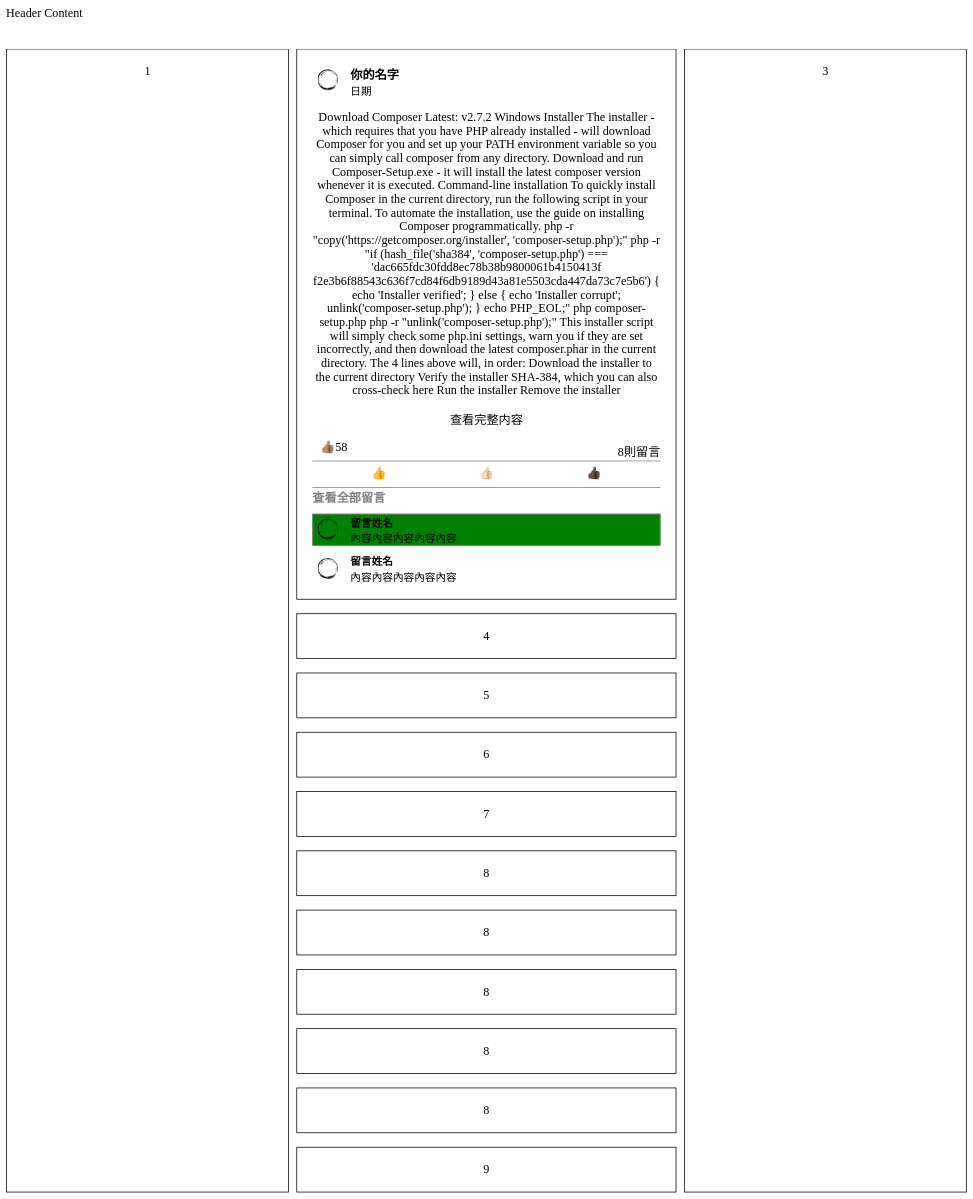
Repository: yuchiyang123/index_view
Page: http://localhost/
An editor plug-in stored every save of this project. The page is shown before and after the next save, followed by the edit.
The browser window is 1280 px wide. The pictures show the whole page, at 76% of full size.
The page is run by PHP 8.4 with error messages shown; the project is at /var/www/html/.

Above is the page before, as saved 2024-03-27 09:48:13.

### index.php
<style>
   .header {
    position: sticky;
    top: 0;
    z-index: 9996;
    grid-area: header;
    background-color: #ffffff;
    width: 100%;
    height: 56px;

}


.grid-container {

  display: grid;
  grid-template-columns: auto 500px auto;
  grid-template-rows:auto;
  grid-gap: 10px;
  display: grid;
  grid-template-areas:
    "A B C";

}

.grid-item {
  border: 1px solid #000;
  padding: 20px;
  text-align: center;

}
.first{
    grid-area: A;
    min-height: 800px;
}
.end{
    grid-area: C;
}
.mid{
    grid-area: B;
}
.limt{
    min-height: 350px;
}
.inner-grid {
    display: inline-grid;
    width: 30%;
    transition: background-color 0.3s;
    padding-top: 5px;
    padding-bottom: 10px;
    text-align: center;
}
.inner-grid:hover {
    background-color: rgba(128, 128, 128, 0.4);
}
.line{
    border-top: 1px solid gray;
    border-bottom: 1px solid gray;
}
.respond{

    padding-bottom: 8px;
    text-align: left;
    padding-left:10px;
}
.respond > div {
    display: inline-block;
}
.message{
    text-align: right;
}
.respond, .message {
    display: inline-block;
}
.container {
    display: flex;
    justify-content: space-between;
    align-items: center;
}

.popup {
    display: none;
    position: fixed;
    top: 50%;
    left: 50%;
    transform: translate(-50%, -50%);
    width: 500px;
    padding: 20px;
    background-color: #fff;
    z-index: 9998;

}

.trigger a {
    cursor: pointer;
}

.blur-background {
    filter: blur(0px);
}
.box{

}
.imgsize{
    width: 40px;
    height: auto;

}

.image-container {
    float: left;
    margin-right: 10px;
}

.text-container {
    overflow: hidden;
}
.user{

    text-align: left;
    font-weight: bold;

}
.date{
    font-size: 14px;
    text-align: left;
}
a{
    text-decoration: none;
    color: black;
}
.overlay {
    display: none;
    position: fixed;
    top: 0;
    left: 0;
    width: 100%;
    height: 100%;
    background-color: rgba(0, 0, 0, 0.5);
    z-index: 9997;
  }
  .SeeAllMessage{
    text-align: left;
  }
  .SeeAllMessage a{
    text-align: left;
    color: gray;
    font-weight: bold;
  }
  .LeaveMessage{
    margin-top: 10px;

  }
  .LeaveMessageall{
    border : 1px solid gray;
    background-color: green;
  }
  .LeaveMessageUsernameIMG{
    width: 40px;
    height: auto;
  }
  .LeaveMessageimgdiv{
    float: left;
    margin-right: 10px;
  }
  .LeaveMessageUsername{
    text-align: left;
    font-size: 14px;
    font-weight: bold;
  }
  .LeaveMessageMain{
    text-align: left;
    font-size: 14px;
  }
</style>
<html>
<body>
<?php
    include('header.php');
?>
  <div id="box" class="box">
    <div class="grid-container">

      <div class="grid-item"><div class="first">1</div></div>

        <div class="mid">
          <div class="grid-item">
            <div class="limt">
            <div class="image-container">
                <img src="img/2-1.png" class="imgsize">
                        </div>
                <div class="text-container">
                    <div class="user"><a href="#"><div><a href="#">你的名字</a></div></a></div>
                    <div class="date"><div><a href="#">日期</a></div></div>
                </div>
                <div class="clearfix"></div>
                <p class="main">
                Download Composer Latest: v2.7.2
                    Windows Installer
                    The installer - which requires that you have PHP already installed - will download Composer for you and set up your PATH environment variable so you can simply call composer from any directory.

                    Download and run Composer-Setup.exe - it will install the latest composer version whenever it is executed.

                    Command-line installation
                    To quickly install Composer in the current directory, run the following script in your terminal. To automate the installation, use the guide on installing Composer programmatically.

                    php -r "copy('https://getcomposer.org/installer', 'composer-setup.php');"
                    php -r "if (hash_file('sha384', 'composer-setup.php') === 'dac665fdc30fdd8ec78b38b9800061b4150413f
                    f2e3b6f88543c636f7cd84f6db9189d43a81e5503cda447da73c7e5b6') { echo 'Installer verified'; } else { echo 'Installer corrupt'; unlink('composer-setup.php'); } echo PHP_EOL;"
                    php composer-setup.php
                    php -r "unlink('composer-setup.php');"
                    This installer script will simply check some php.ini settings, warn you if they are set incorrectly, and then download the latest composer.phar in the current directory. The 4 lines above will, in order:

                    Download the installer to the current directory
                    Verify the installer SHA-384, which you can also cross-check here
                    Run the installer
                    Remove the installer<div class="trigger"><a href="#">查看完整内容</a></div>
                </p>
                <div class="container">
                    <div class="respond"><a href="#">👍🏽</a><div><a href="#">58</a></div></div>
                    <div class="message"><div><a href="#">8則留言</a></div></div>
                </div>
                <div class="line">
                    <div class="inner-grid">👍</div>
                    <div class="inner-grid">👍🏻</div>
                    <div class="inner-grid">👍🏿</div>
                </div>
                <div class="SeeAllMessage"><a href="#">查看全部留言</a></div>
                <div class="LeaveMessage">
                    <div><a href="#"></a></div>
                    <div>
                        <div class="LeaveMessageimgdiv"><img src="img/2-1.png" class="LeaveMessageUsernameIMG">
                    </div>
                    <div class="LeaveMessageall">
                        <div class="LeaveMessageUsername">
                            留言姓名
                        </div>
                        <div class="LeaveMessageMain">
                            內容內容內容內容內容
                        </div>
                    </div>
                </div>
                </div>
                <div class="LeaveMessage">
                    <div><a href="#"></a></div>
                    <div><div class="LeaveMessageimgdiv"><img src="img/2-1.png" class="LeaveMessageUsernameIMG"></div><div class="LeaveMessageUsername">留言姓名</div><div class="LeaveMessageMain">內容內容內容內容內容</div></div>
                </div>
            </div>
        </div><br>
          <div class="grid-item">4</div><br>
          <div class="grid-item">5</div><br>
          <div class="grid-item">6</div><br>
          <div class="grid-item">7</div><br>
          <div class="grid-item">8</div><br>
          <div class="grid-item">8</div><br>
          <div class="grid-item">8</div><br>
          <div class="grid-item">8</div><br>
          <div class="grid-item">8</div><br>
          <div class="grid-item">9</div>
          <div class="overlay" id="overlay"></div>
          <div id="popup" class="popup">
        <div class="content">
        <div class="image-container">
            <img src="img/2-1.png" class="imgsize">
        </div>
        <div class="text-container">
            <div class="user"><a href="#"><div><a href="#">你的名字</a></div></a></div>
            <div class="date"><div><a href="#">日期</a></div></div>
        </div>
        <div class="clearfix"></div>
            <p class="main">
                Download Composer Latest: v2.7.2
                    Windows Installer
                    The installer - which requires that you have PHP already installed - will download Composer for you and set up your PATH environment variable so you can simply call composer from any directory.

                    Download and run Composer-Setup.exe - it will install the latest composer version whenever it is executed.

                    Command-line installation
                    To quickly install Composer in the current directory, run the following script in your terminal. To automate the installation, use the guide on installing Composer programmatically.

                    php -r "copy('https://getcomposer.org/installer', 'composer-setup.php');"
                    php -r "if (hash_file('sha384', 'composer-setup.php') === 'dac665fdc30fdd8ec78b38b9800061b4150413f
                    f2e3b6f88543c636f7cd84f6db9189d43a81e5503cda447da73c7e5b6') { echo 'Installer verified'; } else { echo 'Installer corrupt'; unlink('composer-setup.php'); } echo PHP_EOL;"
                    php composer-setup.php
                    php -r "unlink('composer-setup.php');"
                    This installer script will simply check some php.ini settings, warn you if they are set incorrectly, and then download the latest composer.phar in the current directory. The 4 lines above will, in order:

                    Download the installer to the current directory
                    Verify the installer SHA-384, which you can also cross-check here
                    Run the installer
                    Remove the installer
            </p>
        <div class="container">
            <div class="respond"><a href="#">👍🏽</a><div><a href="#">58</a></div></div>
            <div class="message"><div><a href="#">8則留言</a></div></div>
        </div>
            <div class="line">
            <div class="inner-grid">👍</div>
            <div class="inner-grid">👍🏻</div>
            <div class="inner-grid">👍🏿</div>
        </div>
        </div>
            <!--div class="close"><a href="#">关闭</a></div-->
        </div>
        </div>

            <div class="grid-item"><div class="end">3</div></div>
        </div>
    </div>
  </div>
  <script>
    var overlay = document.getElementById('overlay');
    var trigger = document.querySelector('.trigger a');
    var popup = document.getElementById('popup');
    var header = document.querySelector('.header');
    trigger.addEventListener('click', function(event) {
        event.preventDefault();
        popup.style.display = 'block';
        header.style.backgroundColor = 'rgba(0, 0, 0, 0.000001)';
        overlay.style.display = 'block';
        popup.style.border = '1px solid gray';
        popup.style.boxShadow = '0px 0px 15px rgba(0, 0, 0, 0.7)';
        /*
        document.body.classList.add('blur-background');
        popup.style.filter = 'none';// 移除 body 元素的模糊效果*/
    });
    var closeBtn = document.querySelector('.close a');
    /*
    closeBtn.addEventListener('click', function(event) {
        event.preventDefault();
        popup.style.display = 'none';
        popup.style.boxShadow = 'none';
    });
    */
    overlay.addEventListener('click', function(event) {
        event.preventDefault();
        event.stopPropagation();
        popup.style.display = 'none';
        overlay.style.display = 'none' ;
        popup.style.boxShadow = 'none';
        header.style.backgroundColor = '#ffffff';
    });
  </script>
</body>
</html>

### header.php
<style>
   .header {
    position: sticky; /* 将标题栏固定在容器内 */
    top: 0; /* 将标题栏固定在容器的顶部 */
    z-index: 9999; /* 确保标题栏位于其他内容的上层 */
    /* 其他样式，例如背景颜色、文本样式等 */
    grid-area: header;
    background-color: #ffffff;
    width: 100%; /* 设置标题栏的宽度为100%，使其填满整个屏幕 */
    height: 56px;

}
</style>
<header class="header">Header Content</header>

After the next save:
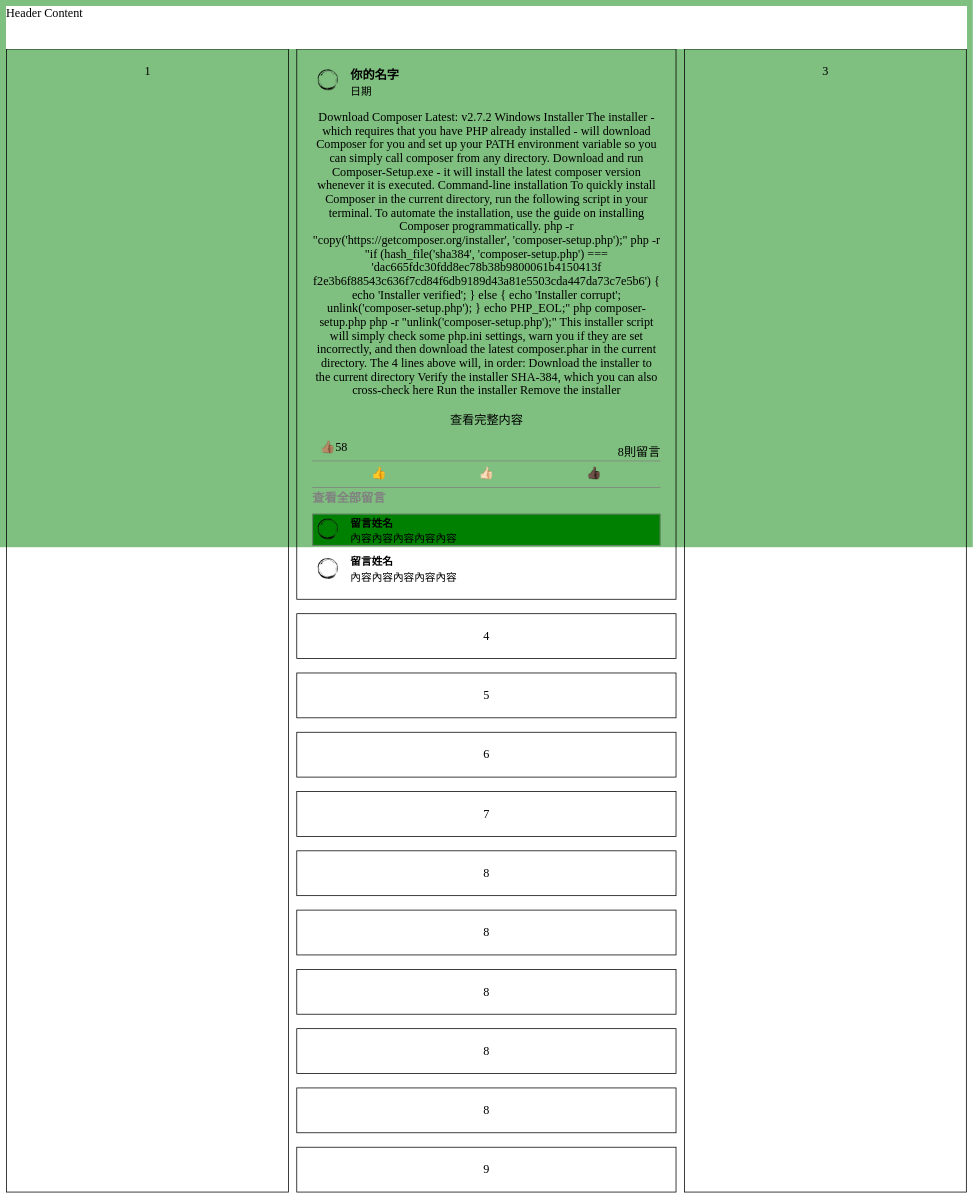
Saved 4 min 12 s later.
--- a/index.php
+++ b/index.php
@@ -151,6 +151,17 @@
     margin-top: 10px;
 
   }
+  .LeaveMessageall::before {
+        content: "";
+        position: absolute;
+        top: 0;
+        left: 0;
+        width: 100%;
+        height: 100%;
+        background-color: green;
+        opacity: 0.5; /* 控制透明度 */
+        z-index: -1; /* 将覆盖层置于文本后面 */
+    }
   .LeaveMessageall{
     border : 1px solid gray;
     background-color: green;
@@ -231,15 +242,15 @@
                     <div>
                         <div class="LeaveMessageimgdiv"><img src="img/2-1.png" class="LeaveMessageUsernameIMG">
                     </div>
-                    <div class="LeaveMessageall">
-                        <div class="LeaveMessageUsername">
-                            留言姓名
-                        </div>
-                        <div class="LeaveMessageMain">
-                            內容內容內容內容內容
+                        <div class="LeaveMessageall">
+                            <div class="LeaveMessageUsername">
+                                留言姓名
+                            </div>
+                            <div class="LeaveMessageMain">
+                                內容內容內容內容內容
+                            </div>
                         </div>
                     </div>
-                </div>
                 </div>
                 <div class="LeaveMessage">
                     <div><a href="#"></a></div>

After the save that followed:
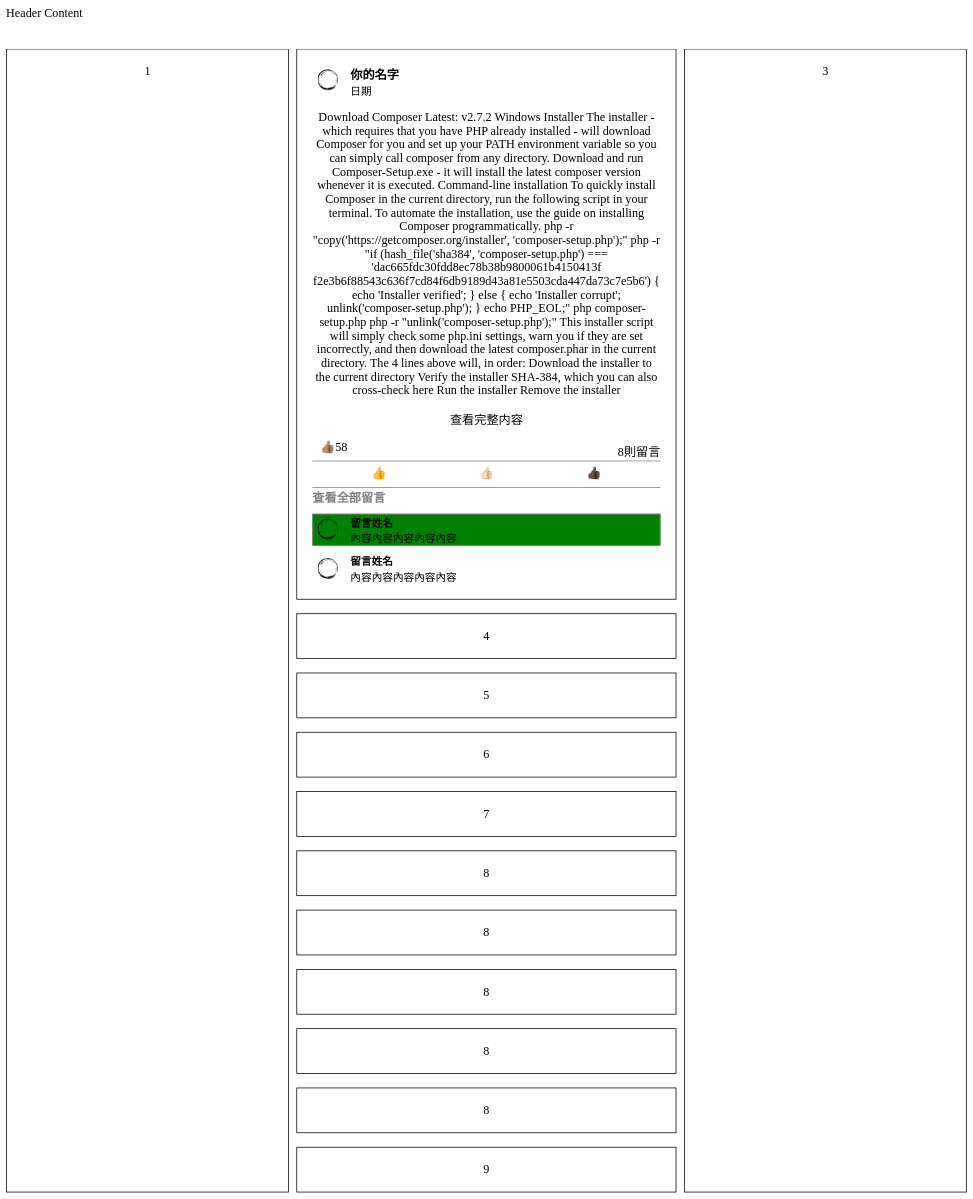
Saved 20 s later.
--- a/index.php
+++ b/index.php
@@ -158,7 +158,7 @@
         left: 0;
         width: 100%;
         height: 100%;
-        background-color: green;
+        background-color: #ffffff;
         opacity: 0.5; /* 控制透明度 */
         z-index: -1; /* 将覆盖层置于文本后面 */
     }
